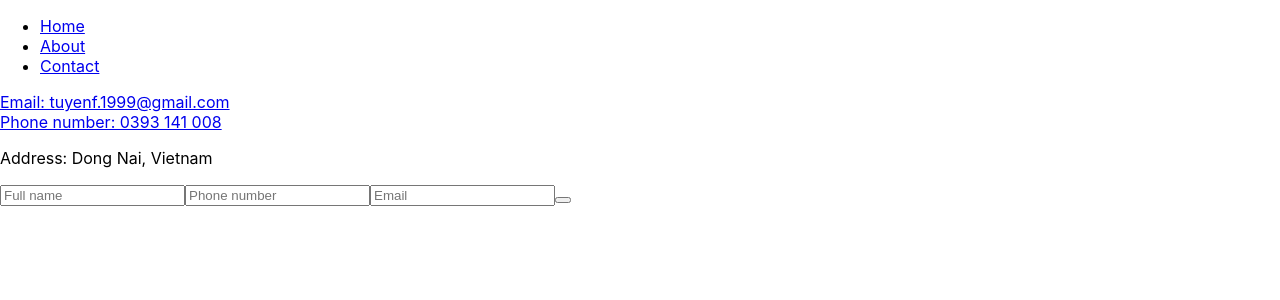
Repository: tuyenf/react-web110
Page: /contact
These files come from the project's save history. The page is drawn as it stood at one moment and after the next save; the edit follows.
The browser window is 1280 px wide. The pictures show the whole page.
The project was rebuilt for these pictures with package versions that can differ from the ones it lists, and the page was loaded fresh each time. Also part of the build but not shown: src/components/Home.jsx, src/components/About.jsx.

Above is the page before, as saved 2021-10-04 09:06:15.

### src/App.js
import React from "react";
import {BrowserRouter as Router, Route, Switch} from "react-router-dom";
import {Navigation, Home, About, Contact} from "./components";

function App() {
  return (
    <div className="App">
      <Router>
        <Navigation />
        <Switch>
          <Route path="/" exact component={() => <Home />}/>
          <Route path="/about" exact component={() => <About />}/>
          <Route path="/contact" exact component={() => <Contact />}/>
        </Switch>
      </Router>
    </div>
  );
}

export default App;

### src/components/index.js
export {default as Navigation} from "./Navigation";
export {default as Home} from "./Home";
export {default as About} from "./About";
export {default as Contact} from "./Contact";

### src/components/Navigation.jsx
import React from "react";
import {Link, withRouter} from "react-router-dom";
function Navigation() {
  return (
    <div className="Navigation">
      <ul>
        <li>
          <Link to="/">Home</Link>
        </li>
        <li>
          <Link to="/about">About</Link>
        </li>
        <li>
          <Link to="/contact">Contact</Link>
        </li>
      </ul>
    </div>
  )
}

export default withRouter(Navigation);

### src/components/Contact.jsx
import React from "react";

function Contact() {
  return (
    <div className="about">
      <div>
        <a
        href="mailto">
        Email: tuyenf.1999@gmail.com
        </a>
      </div>
      <a
      href="tel">
        Phone number: 0393 141 008
      </a>
      <p>Address: Dong Nai, Vietnam</p>
      <form className="form-field">
        <input type="text" placeholder="Full name" />
        <input type="tel" placeholder="Phone number" />
        <input type="email" placeholder="Email" />
        <button></button>
      </form>
    </div>
  )
}

export default Contact;

Loaded but not shown: public/index.html (common file); src/index.js (common file); src/index.css (common file); src/reportWebVitals.js (common file)

After the next save:
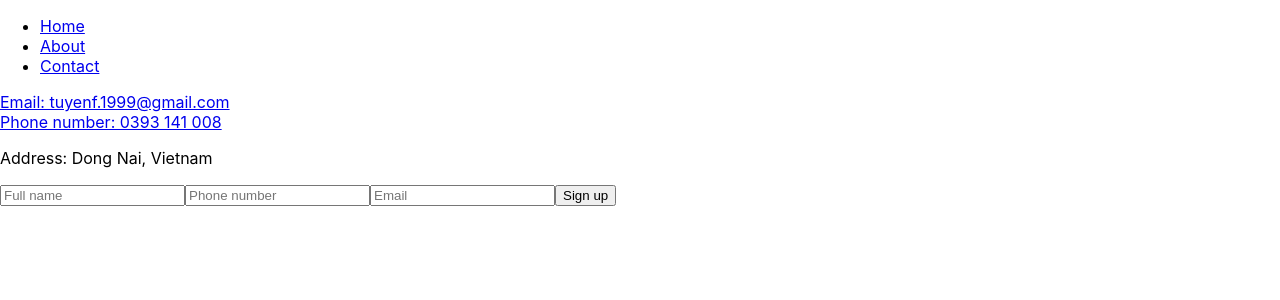
Saved 5 s later.
--- a/src/components/Contact.jsx
+++ b/src/components/Contact.jsx
@@ -18,7 +18,7 @@ function Contact() {
         <input type="text" placeholder="Full name" />
         <input type="tel" placeholder="Phone number" />
         <input type="email" placeholder="Email" />
-        <button></button>
+        <button>Sign up</button>
       </form>
     </div>
   )
